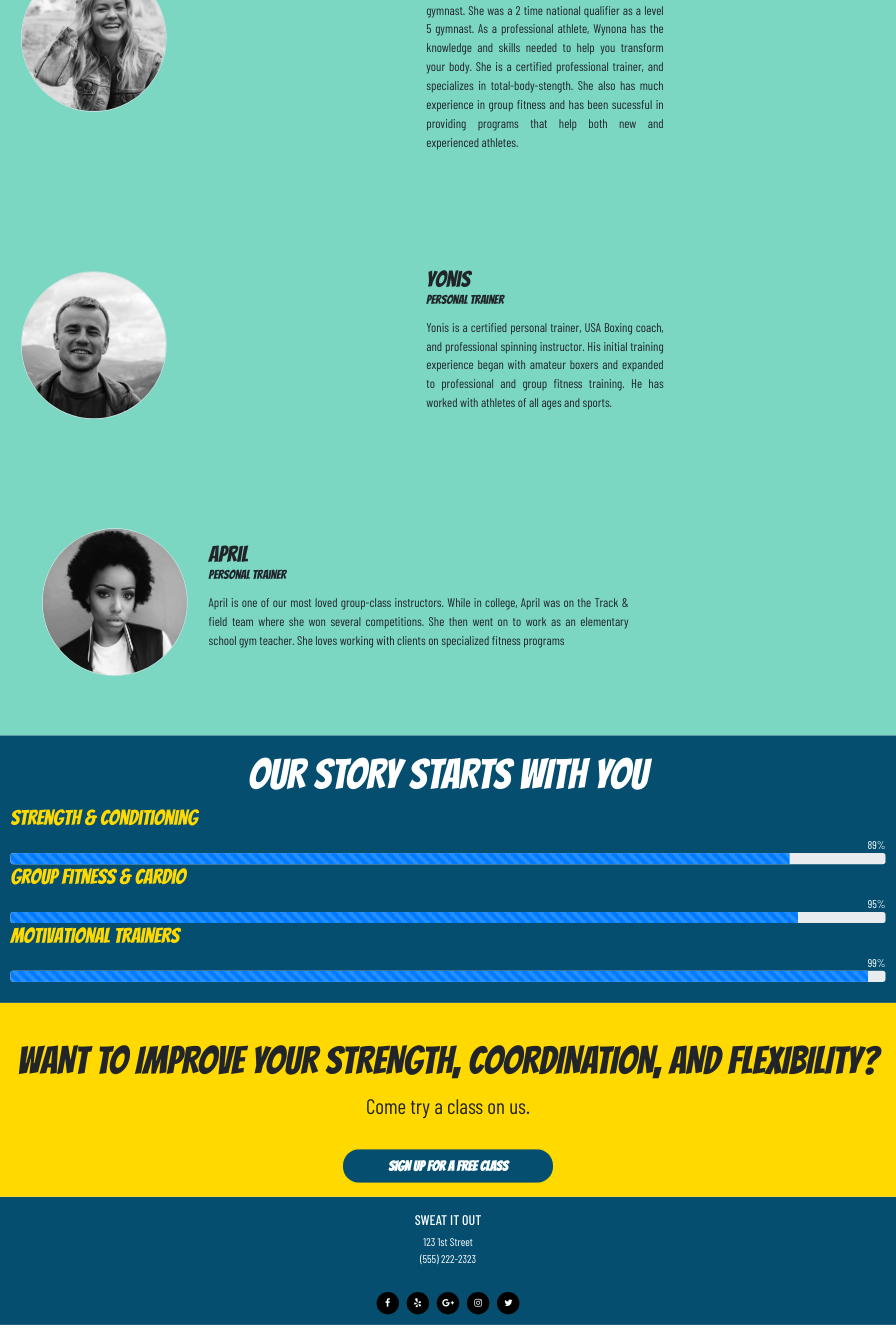
Repository: amybru/sweatitout
Page: about.html
The author's editor kept a record of every edit. The page is drawn from the files as they stood at one moment, then again after the next edit.
The browser window is 1280 px wide. The pictures show the part of the page from y = 1564 to 3484 px (the page is 3473 px tall before and 3484 px after), at 70% of full size.
Some web fonts or font styles are not loaded; a fallback is used. Some web libraries are served in a nearby version.

Above is the page before.

### about.html
<!DOCTYPE html>
<html>

<head>
    <meta charset="utf-8">
    <meta name="viewport" content="width=device-width, initial-scale=1.0">
    <link rel="stylesheet" href="https://maxcdn.bootstrapcdn.com/bootstrap/4.2.1/css/bootstrap.min.css" type="text/css" />
    <link rel="stylesheet" href="https://maxcdn.bootstrapcdn.com/font-awesome/4.7.0/css/font-awesome.min.css" type="text/css" />
    <link href="https://fonts.googleapis.com/css?family=Bangers|Barlow+Condensed:200,300,400,500,700&display=swap" rel="stylesheet">
    <link rel="stylesheet" type="text/css" href="css/style.css">
    <title>Gym</title>
</head>

<body>

    <header>
        <nav class="navbar navbar-expand-lg navbar-default navbar-fixed-top">
            <a href="index.html" class="navbar-brand"><img src="./img/logo.png" width="70" height="70" class="d-inline-block align-top logo-img" alt=""></a>

            <button class="navbar-toggler ml-auto" type="button" data-toggle="collapse" data-target="#navbarNavDropdown" aria-controls="navbarNavDropdown" aria-expanded="false" aria-label="Toggle navigation">
        <span class="navbar-toggler-icon"></span></button>

            <div class="collapse navbar-collapse navbar-content" id="navbarNavDropdown">
                <ul class="navbar-nav navbar-right">
                    <li class="nav-item ml-auto list-inline-item menuitem uppercase"><a class="nav-link" href="about.html">Who We Are</a></li>
                    <li class="nav-item ml-auto list-inline-item menuitem uppercase"><a class="nav-link" href="classes.html">Classes</a></li>
                    <li class="nav-item dropdown d-none d-lg-block list-inline-item menuitem uppercase">
                        <a class="nav-link dropdown-toggle" href="#" id="navbarNavDropdownMenuLink" role="button" data-toggle="dropdown" aria-haspopup="true" aria-expanded="false">Schedules</a>
                        <div class="dropdown-menu" aria-labelledby="navbarNav DropdownMenuLink">
                            <a class="dropdown-item uppercase" href="./img/2018schedule.pdf" target="_blank">2018 Schedule</a>
                            <a class="dropdown-item uppercase" href="./img/2019schedule.pdf" target="_blank">2019 Schedule</a>
                            <a class="dropdown-item uppercase" href="./img/2019schedule.pdf" target="_blank">2020 Schedule</a>
                        </div>
                    </li>
                    <li class="active nav-item ml-auto list-inline-item menuitem uppercase"><a class="nav-link" href="contact.html">Contact Us</a></li>
            </div>

        </nav>
    </header>

    <section class="jumbotron" id="about-view">
        <div class="row">
            <div class="col-12">
                <section class="callout">
                    <h1 class="gym-name">Who We Are</h1>
                    <h3>Helping you crush your fitness goals</h3>
                </section>
            </div>
        </div>
    </section>

    <section class="about-about-page">
        <div class="col-12 about-about section-column">
            <div class="row">
                <div class="col-12">
                    <p>We aren't a big box gym, we cater to our members needs. Sweat It Out is a unique fitness center that offers quality training from a variety of experienced coaches in a high energy, supportive atmosphere.</p>
                    <p>Our mission is to help you reach your fitness goals and achieve real, life-changing results.</p>
                </div>
            </div>
        </div>
    </section>

    <section class="services-landing-page about-gallery" id="gallery">
        <div class="backdrop">
            <div class="row">
                <h2>
                    Most sought after instructors and personal trainers
                </h2>
                <div class="row">
                    <div class="col-12 col-lg-6 flex">
                        <img class="photo border" src="./img/trainerone.jpeg" alt="Gregory">
                    </div>
                    <div class="col-12 col-lg-6 flex">
                        <div class="instructor-details">
                            <h3>
                                Gregory<br>

                                <p>
                                    Owner and Personal Trainer
                                </p>
                            </h3>
                            <p>
                                Gregory has over 7 years experience as a Group class instructor and over 16 years experience as a personal trainer. He also dedicates time to educate and mentor Personal Trainers and Performance Coaches. He graduated with a B.S. in Health Education in
                                2000. Being an athlete himself, Gregory has always been drawn to a profession in sports medicine and athletic training. In 2016, Gregory and his team opened Sweat It Out. They now get to follow their passion, and are dedicated
                                to helping all become healthy and fit.</p>
                            </p>
                        </div>
                    </div>
                </div>
                <div class="row">
                    <div class="col-12 col-lg-6 flex">
                        <img class="photo border" src="./img/trainertwo.jpeg" alt="Wynona">
                    </div>
                    <div class="col-12 col-lg-6 flex">
                        <div class="instructor-details">
                            <h3>
                                Wynona<br>

                                <p>
                                    Personal Trainer
                                </p>
                            </h3>
                            <p>Wynona is a graduate of the University of Arizona where she completed 4 years as a full scholarship gymnast. She was a 2 time national qualifier as a level 5 gymnast. As a professional athlete, Wynona has the knowledge and
                                skills needed to help you transform your body. She is a certified professional trainer, and specializes in total-body-stength. She also has much experience in group fitness and has been sucessful in providing programs that
                                help both new and experienced athletes.</p>
                            </p>
                        </div>
                    </div>
                </div>
                <div class="row">
                    <div class="col-12 col-lg-6 flex">
                        <img class="photo border" src="./img/trainerthree.jpeg" alt="Yonis">
                    </div>
                    <div class="col-12 col-lg-6 flex">
                        <div class="instructor-details">
                            <h3>
                                Yonis<br>

                                <p>
                                    Personal Trainer
                                </p>
                            </h3>
                            <p>Yonis is a certified personal trainer, USA Boxing coach, and professional spinning instructor. His initial training experience began with amateur boxers and expanded to professional and group fitness training. He has worked
                                with athletes of all ages and sports.</p>
                            </p>
                        </div>
                    </div>
                </div>
            </div>
            <div class="flex">
                <img class="photo border" src="./img/trainerfour.jpeg" alt="April">
                <div class="instructor-details">
                    <h3>
                        April<br>

                        <p>
                            Personal Trainer
                        </p>
                    </h3>
                    <p>April is one of our most loved group-class instructors. While in college, April was on the Track & field team where she won several competitions. She then went on to work as an elementary school gym teacher. She loves working with
                        clients on specialized fitness programs</p>
                    </p>
                </div>
            </div>
        </div>
        </div>
    </section>


    <section class="you-about-page">
        <div class="col-12 about-skills section-column">
            <div class="row">
                <div class="col">
                    <h3 class="section-heading uppercase">Our story starts with you</h3>
                </div>
            </div>
            <div>
                <h4>Strength & Conditioning</h3>
                    <p>89%</p>
                    <div class="progress">
                        <div class="progress-bar progress-bar-striped progress-bar-animated" role="progressbar" aria-valuenow="89" aria-valuemin="0" aria-valuemax="100" style="width: 89%"></div>
                    </div>
                    <h4>Group Fitness & Cardio</h3>
                        <p>95%</p>
                        <div class="progress">
                            <div class="progress-bar progress-bar-striped progress-bar-animated" role="progressbar" aria-valuenow="90" aria-valuemin="0" aria-valuemax="100" style="width: 90%"></div>
                        </div>
                        <h4>Motivational Trainers</h3>
                            <p>99%</p>
                            <div class="progress">
                                <div class="progress-bar progress-bar-striped progress-bar-animated" role="progressbar" aria-valuenow="99" aria-valuemin="0" aria-valuemax="100" style="width: 98%"></div>
                            </div>
            </div>
        </div>
    </section>


    <section class="signup-about-page">
        <div class="col-12 about-signup section-column">
            <div class="row">
                <div class="col">
                    <h3 class="section-heading uppercase">Want to improve your strength, coordination, and flexibility?</h3>
                </div>
            </div>
            <div class="row">
                <div class="col-12">
                    <p>Come try a class on us.</p>
                    <a href="contact.html" class="btn btn-lg free-button uppercase">Sign up for a free class</a>
                </div>
            </div>
        </div>
    </section>


    <footer class="footer container-fluid" id="footer">
        <div>
            <div id="footer-details">
                <h5 class="footer-name uppercase">SWEAT IT OUT</h5>
                <p class="block">123 1st Street<br> (555) 222-2323</p>
            </div>

            <div class="footer-social">
                <ul class="list-inline social-links">
                    <li class="list-inline-item">
                        <a target="_blank" href="https://www.facebook.com/">
                            <i class="fa fa-facebook" aria-hidden="true"></i>
                            <span class="sr-only"Facebook></span>
                        </a>
                    </li>
                    <li class="list-inline-item">
                        <a target="_blank" href="https://www.yelp.com/">
                            <i class="fa fa-yelp" aria-hidden="true"></i>
                            <span class="sr-only"Yelp></span>
                        </a>
                    </li>
                    <li class="list-inline-item">
                        <a target="_blank" href="https://www.google.com/">
                            <i class="fa fa-google-plus" aria-hidden="true"></i>
                            <span class="sr-only"Google+></span>
                        </a>
                    </li>
                    <li class="list-inline-item">
                        <a target="_blank" href="https://www.instagram.com/">
                            <i class="fa fa-instagram" aria-hidden="true"></i>
                            <span class="sr-only"Instagram></span>
                        </a>
                    </li>
                    <li class="list-inline-item">
                        <a target="_blank" href="https://twitter.com/?lang=en">
                            <i class="fa fa-twitter" aria-hidden="true"></i>
                            <span class="sr-only"Twitter></span>
                        </a>
                    </li>
                </ul>
            </div>
        </div>

    </footer>

</body>

<script src="https://code.jquery.com/jquery-3.3.1.slim.min.js" integrity="sha384-q8i/X+965DzO0rT7abK41JStQIAqVgRVzpbzo5smXKp4YfRvH+8abtTE1Pi6jizo" crossorigin="anonymous"></script>
<script src="https://cdnjs.cloudflare.com/ajax/libs/popper.js/1.14.7/umd/popper.min.js" integrity="sha384-UO2eT0CpHqdSJQ6hJty5KVphtPhzWj9WO1clHTMGa3JDZwrnQq4sF86dIHNDz0W1" crossorigin="anonymous"></script>
<script src="https://stackpath.bootstrapcdn.com/bootstrap/4.3.1/js/bootstrap.min.js" integrity="sha384-JjSmVgyd0p3pXB1rRibZUAYoIIy6OrQ6VrjIEaFf/nJGzIxFDsf4x0xIM+B07jRM" crossorigin="anonymous"></script>

</html>

Loaded but not shown: css/style.css (615 lines, source omitted)

After the next edit:
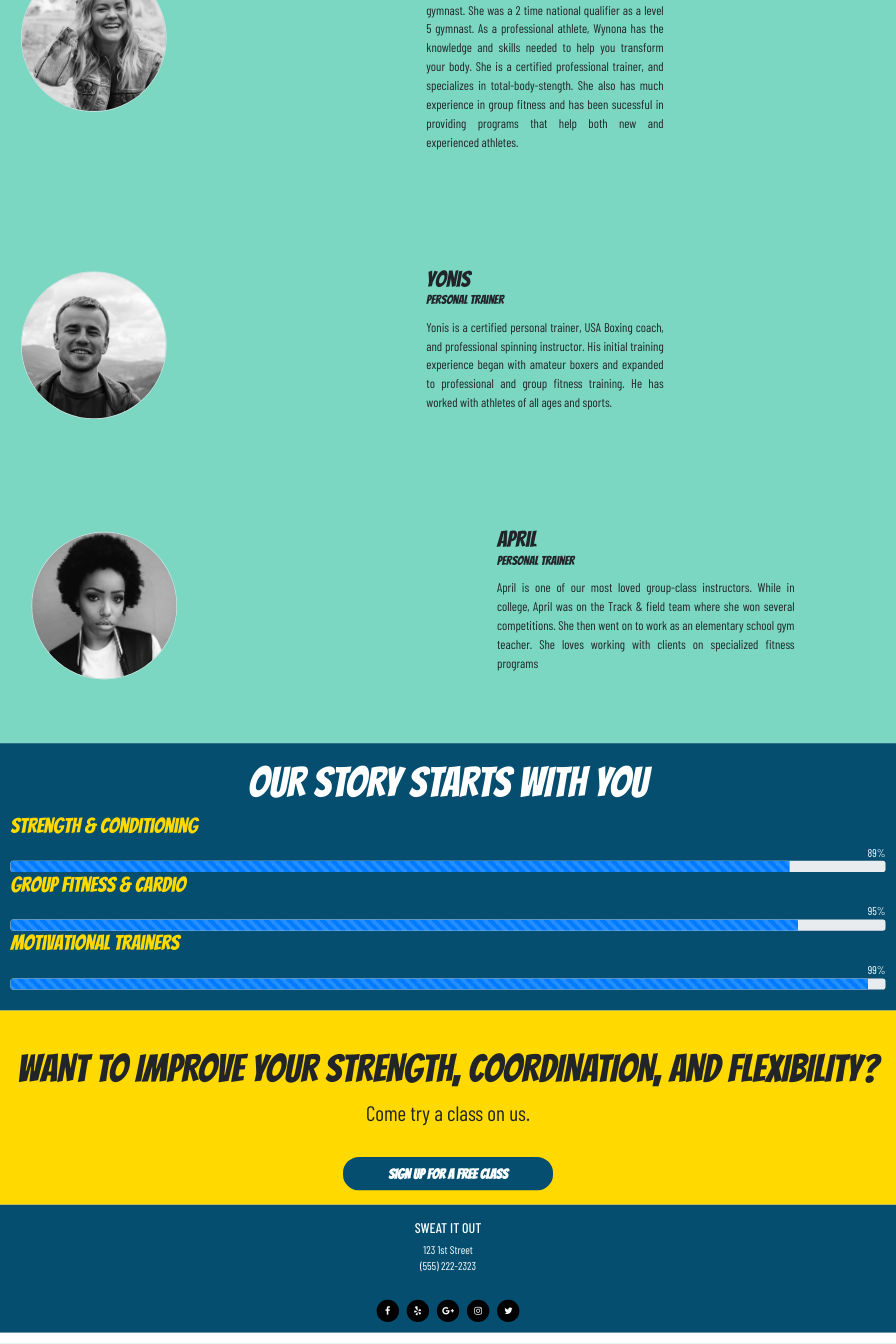
The edit:
--- a/about.html
+++ b/about.html
@@ -127,8 +127,11 @@
                     </div>
                 </div>
             </div>
-            <div class="flex">
+            <div class="row">
+                    <div class="col-12 col-lg-6 flex">
                 <img class="photo border" src="./img/trainerfour.jpeg" alt="April">
+                </div>
+                    <div class="col-12 col-lg-6 flex">
                 <div class="instructor-details">
                     <h3>
                         April<br>
